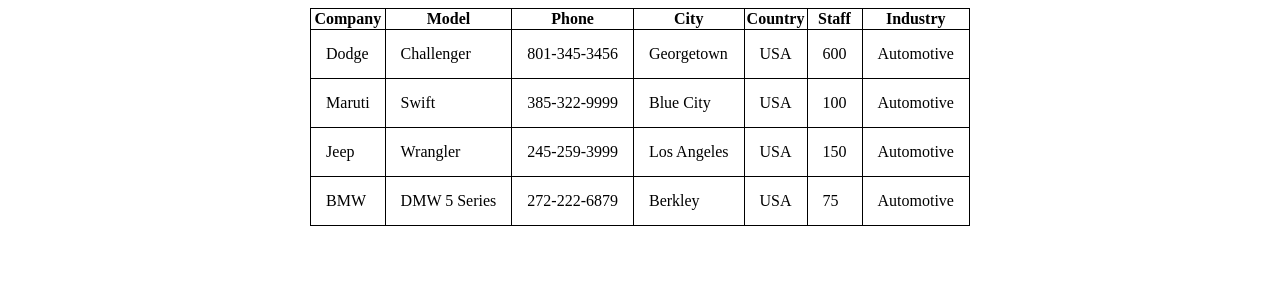
Repository: vgoins-RA2022/HTML-2
Page: index.html
An editor plug-in stored every save of this project. The page is shown before and after a run of saves, followed by the edit.
The browser window is 1280 px wide. The pictures show the whole page.

Above is the page before, as saved 2023-01-21 22:37:00.

After the next 2 saves:
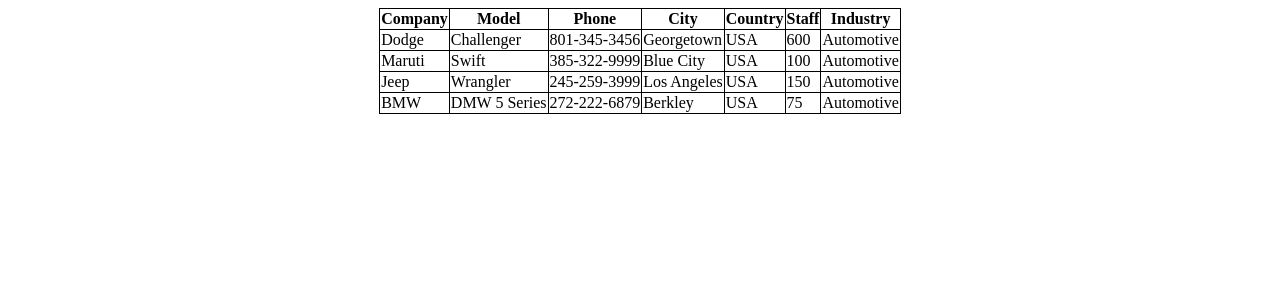
The 2 saves are shown as one change because they came seconds apart.
The last was saved 9 s later.
--- a/src/css/Style.css
+++ b/src/css/Style.css
@@ -8,6 +8,7 @@
 table {
   margin: 0 auto;
 }
+add
   .table-cell-padding {
     padding: 15px;
   }

After the 3 saves that followed:
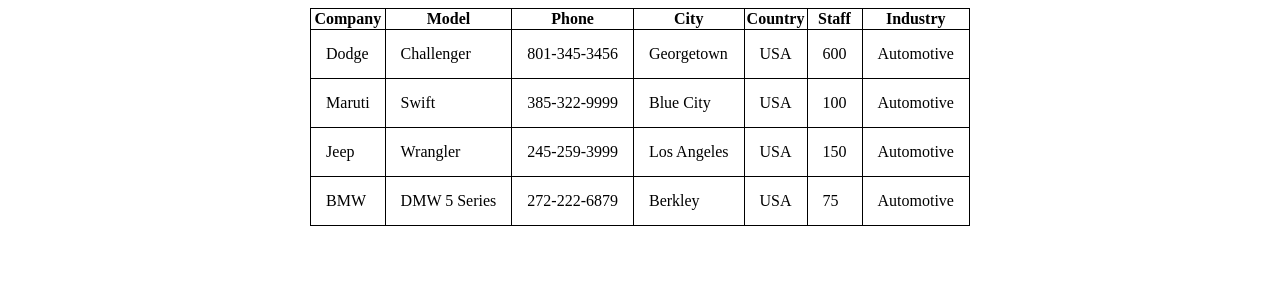
The 3 saves are shown as one change because 2 left the picture as it was.
The last was saved 16 s later.
--- a/src/css/Style.css
+++ b/src/css/Style.css
@@ -8,7 +8,7 @@
 table {
   margin: 0 auto;
 }
-add
+/* add padding to table cells */
   .table-cell-padding {
     padding: 15px;
   }
